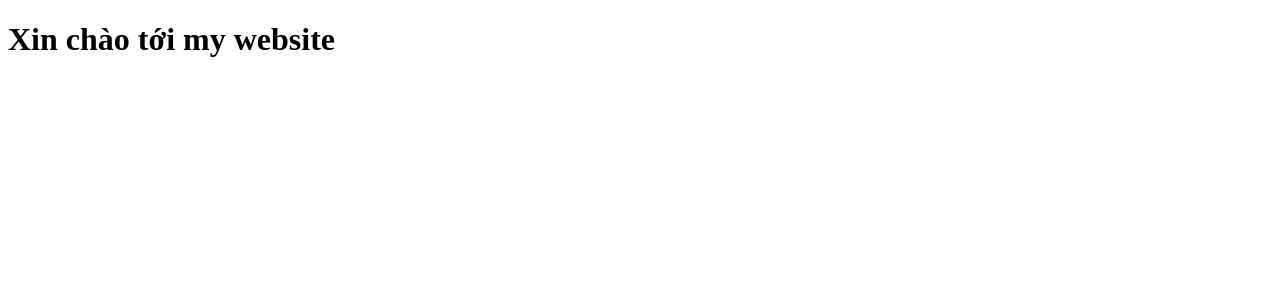
Repository: NgocTruong0701/Web_JSP_Servlet
Page: http://localhost/new-jdbc/trang-chu/
These files come from the project's save history. The page is drawn as it stood at one moment and after the next save; the edit follows.
The browser window is 1280 px wide. The pictures show the whole page.
The page is served by Tomcat 9.

Above is the page before, as saved 2023-03-11 19:52:22.

After the next save:
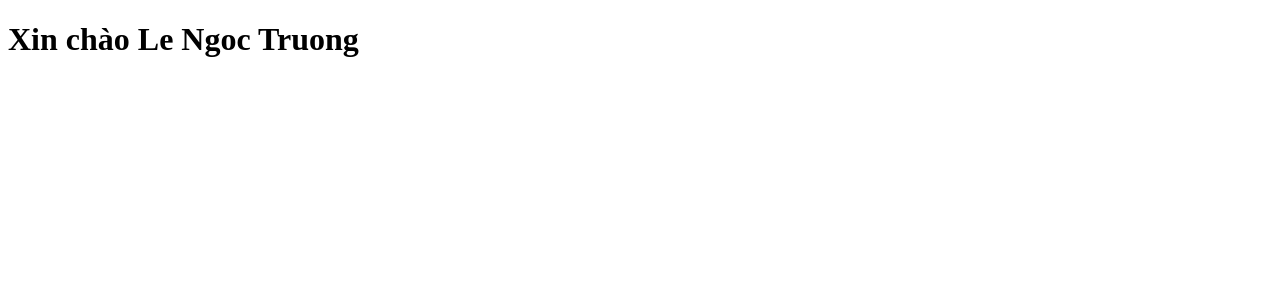
Saved 3 min 2 s later.
--- a/new-jdbc/src/main/webapp/views/web/home.jsp
+++ b/new-jdbc/src/main/webapp/views/web/home.jsp
@@ -8,7 +8,6 @@
 <title>Trang chủ</title>
 </head>
 <body>
-
-	<h1>Xin chào tới my website</h1>
+	<h1>Xin chào ${model.fullName}</h1>
 </body>
 </html>
